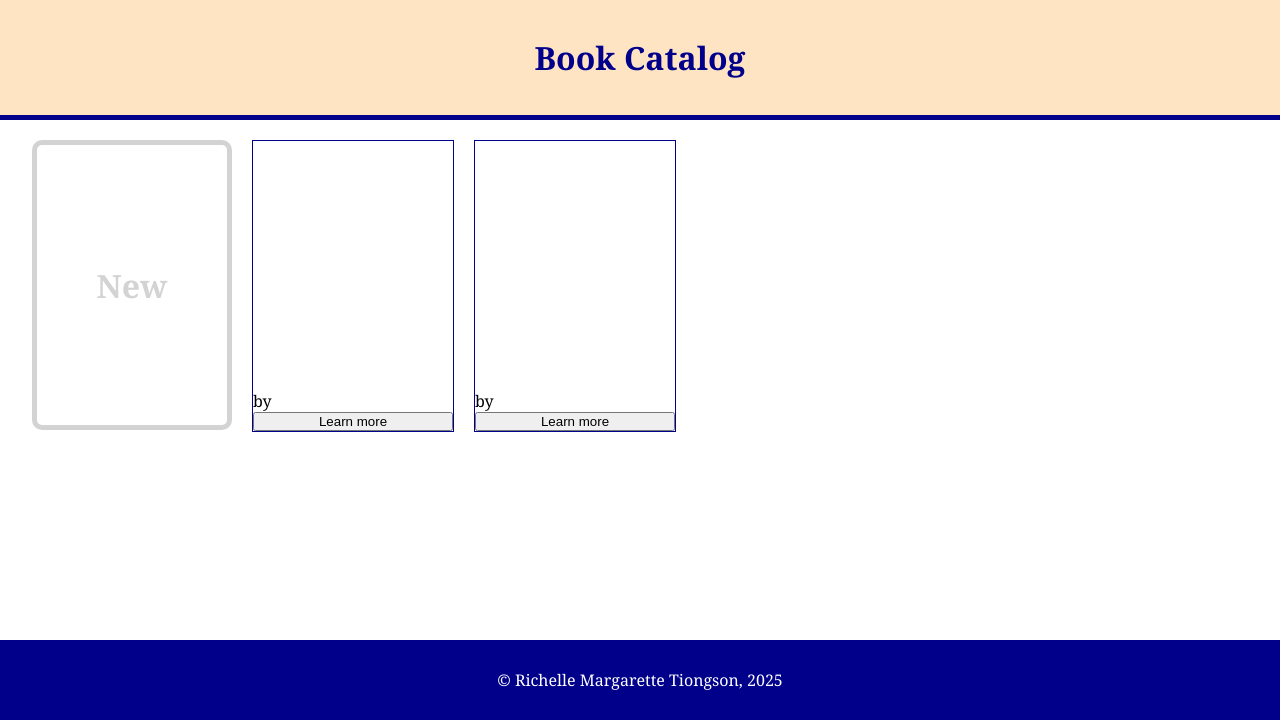
Repository: richelletiongson/comp3170_lab01
Page: /
The author's editor kept a copy of each file at every save. The page is drawn from the files as they stood at one save, then again after the next save.
The browser window is 1280 px wide. The pictures show the whole page.
The project was rebuilt for these pictures with package versions that can differ from the ones it lists, and the page was loaded fresh each time. Also part of the build but not shown: vite.config.js.

Above is the page before, as saved 2025-09-14 00:37:01.

### index.html
<!doctype html>
<html lang="en">
  <head>
    <meta charset="UTF-8" />
    <link rel="stylesheet" href="src/index.css"/>
    <meta name="viewport" content="width=device-width, initial-scale=1.0" />
    <title>Book Catalog</title>
  </head>
  <body>
    <div id="root"></div>
    <script type="module" src="/src/main.jsx"></script>
  </body>
</html>

### src/index.css
* {
  margin: 0;
  padding: 0;
}

body {
  font-family: 'Georgia', 'Times New Roman', serif;
  height: 100vh;
  display: flex;
  flex-direction: column;
}

.app {
  display: flex;
  flex-direction: column;
  min-height: 100vh;
  gap: 20px;
}

.header {
  background-color: bisque;
  height: 115px;
  display: flex;
  align-items: center;
  justify-content: center;
  border-bottom: 5px solid darkblue;
}

.header-title {
  color: darkblue;
  font-size: 32px;
  font-weight: bold;
  text-align: center;
  margin: 0;
}

.book {
  display: flex;
  flex-direction: column;
  justify-content: end;
  border: solid 1px darkblue;
  height:290px;
  width:200px;
}

.learn {
  border: none;
}

.new {
  border: solid 5px lightgray;
  border-radius: 10px;
  height:290px;
  width:200px;
  font-family: 'Georgia', 'Times New Roman', serif;
  background-color: #FFFFFF;
  color: lightgray;
  font-size: 32px;
  font-weight: bold;
}

.main-content {
  flex: 1;
  background-color: #FFFFFF;
  padding: 0 2rem;
}

.content {
  display: flex;
  flex-direction: row;
  justify-content:flex-start;
  gap: 20px;
}

.footer {
  background-color: darkblue;
  height: 80px;
  display: flex;
  align-items: center;
  justify-content: center;
}

.footer-text {
  color: #FFFFFF;
  font-size: 1rem;
  margin: 0;
  text-align: center;
}

### src/App.jsx

import './index.css'
import Book from './Book'

function App() {
  return (
    <div className="app">
      <header className="header">
        <h1 className="header-title">Book Catalog</h1>
      </header>

      <main className="main-content">
        <div className="content">
          <button className="new">New</button>
          <Book/>
          <Book/>
        </div>
      </main>

      <footer className="footer">
        <p className="footer-text">© Richelle Margarette Tiongson, 2025</p>
      </footer>
    </div>
  )
}

export default App

### src/Book.jsx
import './index.css'

function Book(props) {
    return (
        <div className="book">
            <image src={props.image}></image>
            <div>
                <p>by</p>
                <p>{props.author}</p>
            </div>
            <button>Learn more</button>
        </div>
    );
}

export default Book;

Loaded but not shown: src/main.jsx (common file)

After the next save:
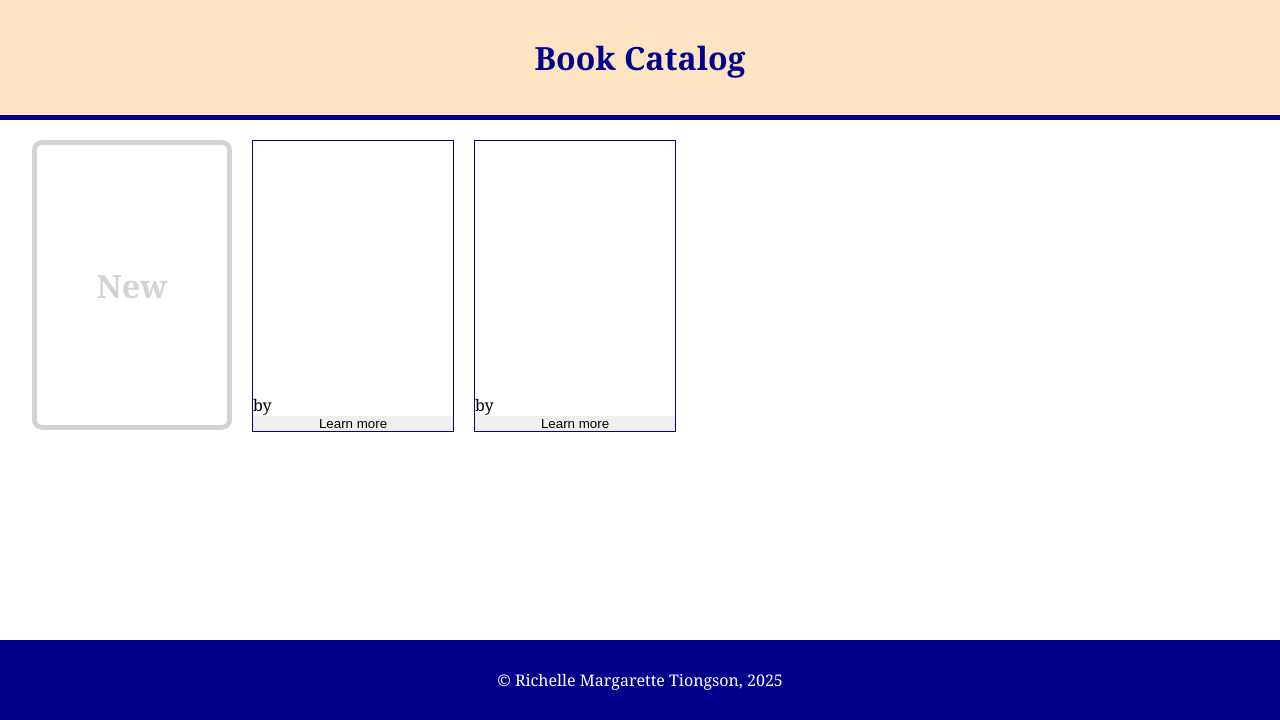
Saved 35 s later.
--- a/src/Book.jsx
+++ b/src/Book.jsx
@@ -8,7 +8,7 @@ function Book(props) {
                 <p>by</p>
                 <p>{props.author}</p>
             </div>
-            <button>Learn more</button>
+            <button className="learn">Learn more</button>
         </div>
     );
 }
